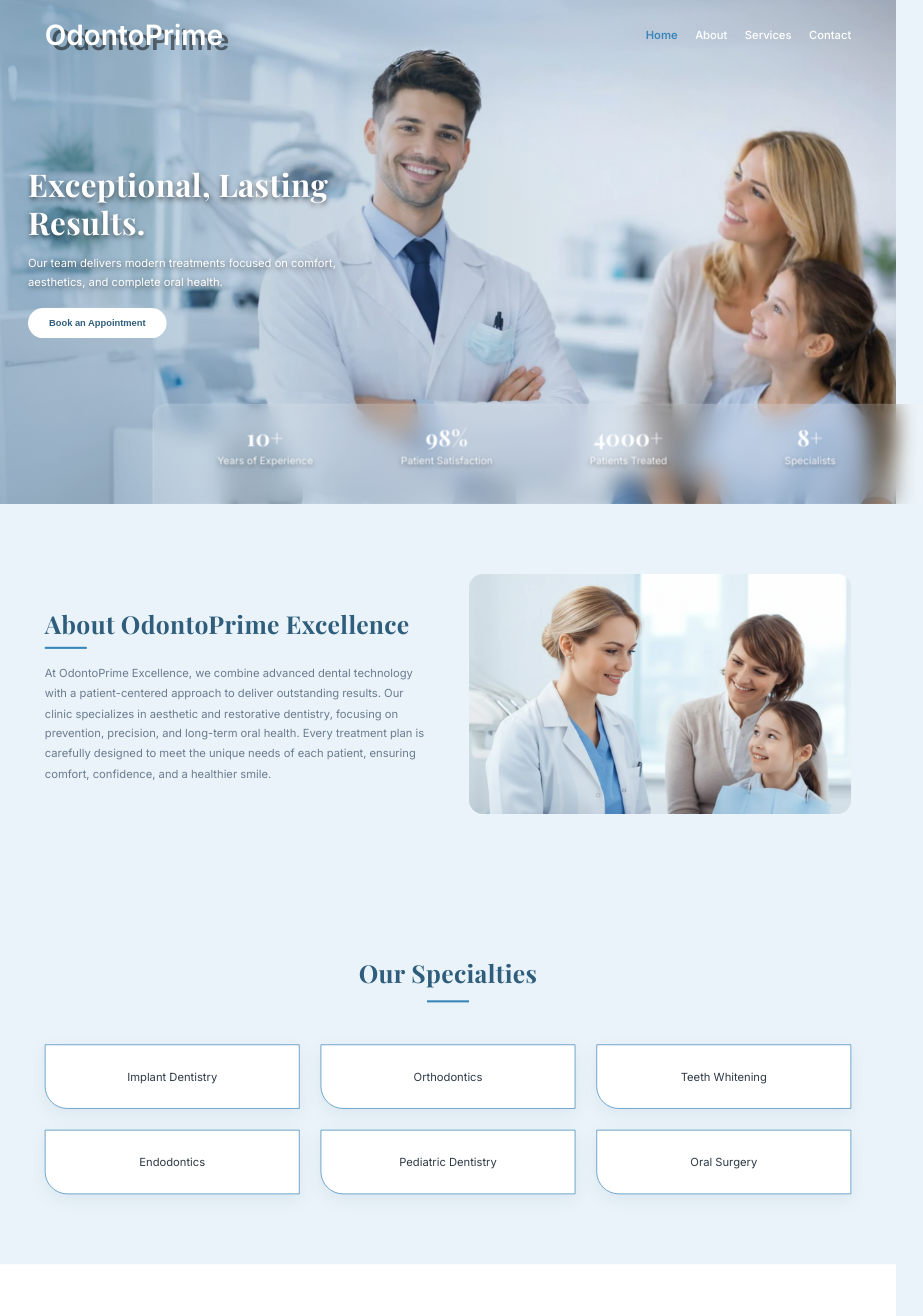
Repository: davidfsillva/OdontoPrime
Page: index.html
The author's editor kept a copy of each file at every save. The page is drawn from the files as they stood at one save, then again after the next save.
The browser window is 1280 px wide. The page is 1318 px wide, so the pictures cover 1318 px, including what lies to the right of the window. The pictures show the part of the page from y = 0 to 1880 px (the page is 2646 px tall), at 70% of full size.

Above is the page before, as saved 2026-02-17 09:30:53.

### index.html
<!DOCTYPE html>
<html lang="en">
<head>
<meta charset="UTF-8">
<meta name="viewport" content="width=device-width, initial-scale=1.0">
<title>OdontoPrime Excellence</title>

<link rel="stylesheet" href="style.css">
<link href="https://fonts.googleapis.com/css2?family=Inter:wght@300;400;500;600&family=Playfair+Display:wght@600;700&display=swap" rel="stylesheet">
</head>


<body>

<header>
    <div class="container nav-container">
        <div class="logo">OdontoPrime</div>

        <nav id="nav">
            <a href="index.html" class="active">Home</a>
            <a href="about.html">About</a>
            <a href="services.html">Services</a>
            <a href="contact.html">Contact</a>
        </nav>

        <div class="menu-toggle" onclick="toggleMenu()">☰</div>
    </div>
</header>

<!-- HERO -->
<section class="hero">
    <div class="container hero-content">
        <div class="hero-text">
            <h1>
                Exceptional, Lasting Results.
            </h1>

            <p>
                Our team delivers modern treatments focused on comfort,
                aesthetics, and complete oral health.
            </p>

            <button class="btn">Book an Appointment</button>
        </div>
    </div>

    <!-- GLASS CARD STATS -->
    <div class="hero-stats">
        <div class="stat-item">
            <h2>10+</h2>
            <p>Years of Experience</p>
        </div>

        <div class="stat-item">
            <h2>98%</h2>
            <p>Patient Satisfaction</p>
        </div>

        <div class="stat-item">
            <h2>4000+</h2>
            <p>Patients Treated</p>
        </div>

        <div class="stat-item">
            <h2>8+</h2>
            <p>Specialists</p>
        </div>
    </div>
</section>

<!-- ABOUT PREVIEW -->
<section class="about-preview">
    <div class="container about-grid">
        <div class="about-text">
            <h2>About OdontoPrime Excellence</h2>
            <p>
                At OdontoPrime Excellence, we combine advanced dental technology with a patient-centered approach to deliver outstanding results.
                Our clinic specializes in aesthetic and restorative dentistry, focusing on prevention, precision, and long-term oral health.
                Every treatment plan is carefully designed to meet the unique needs of each patient, ensuring comfort, confidence, and a healthier smile.
            </p>
        </div>

        <div class="about-image">
            <img src="img/md.cl.webp" alt="Professional dentist">
        </div>
    </div>
</section>

<!-- SPECIALTIES -->
<section class="departments">
    <div class="container">
        <h2>Our Specialties</h2>

        <div class="dept-grid">
            <div class="card">Implant Dentistry</div>
            <div class="card">Orthodontics</div>
            <div class="card">Teeth Whitening</div>
            <div class="card">Endodontics</div>
            <div class="card">Pediatric Dentistry</div>
            <div class="card">Oral Surgery</div>
        </div>
    </div>
</section>

<!-- WHY CHOOSE US -->
<section class="why-us">
    <div class="container">
        <h2>Why Choose OdontoPrime?</h2>

        <div class="dept-grid">

            <div class="card why-card">
                <img src="img/tecn.png" alt="Modern dental technology">
                <div class="card-content">
                    <h3>Modern Technology</h3>
                    <p>Advanced equipment for precise and comfortable treatments.</p>
                </div>
            </div>

            <div class="card why-card">
                <img src="img/expd.png" alt="Experienced dentist">
                <div class="card-content">
                    <h3>Experienced Dentists</h3>
                    <p>Highly trained professionals dedicated to your smile.</p>
                </div>
            </div>

            <div class="card why-card">
                <img src="img/conft.png" alt="Patient comfort">
                <div class="card-content">
                    <h3>Comfort-Focused Care</h3>
                    <p>A relaxing environment designed entirely around patient well-being.</p>
                </div>
            </div>


        </div>
    </div>


        <div>
            <a href="services.html" class="btn-view">View All Services</a>
        </div>
    </div>

</section>

<footer>
    <p>© 2026 OdontoPrime - All Rights Reserved</p>
</footer>

<!-- BOTÃO VOLTAR AO TOPO -->
<a href="#" class="back-to-top" id="backToTop">↑</a>

<script src="script.js"></script>


</body>
</html>

### style.css
:root{

    --primary-blue: #2F5D7C;
    --secondary-blue: #4F7FA3;
    --accent-blue: #3A86B9;

    --bg-light: #EAF3F9;
    --white: #FFFFFF;
    --off-white: #E6EEF5;

    --text-dark: #2E3A46;
    --text-medium: #6B7C8F;

    --hero-gradient-start: rgba(47, 93, 124, 0.95);
    --hero-gradient-end: rgba(79, 127, 163, 0.85);

    --shadow-soft: 0 5px 20px rgba(47, 93, 124, 0.08);
}

*{
    margin:0;
    padding:0;
    box-sizing:border-box;
}

body{
    font-family:'Inter', sans-serif;
    background:var(--bg-light);
    color:var(--text-dark);
}

h1, h2, h3 {
    font-family: 'Playfair Display', serif;
    letter-spacing: 0.5px;
}


.container{
    width:90%;
    max-width:1200px;
    margin:auto;
}

/* HEADER */

nav{
    display:flex;
    align-items:center;
}

header{
    position:absolute;
    width:100%;
    padding:25px 0;
    z-index:1000;
    background:transparent;
}

.nav-container{
    display:flex;
    justify-content:space-between;
    align-items:center;
}

.logo{
    font-weight:700;
    font-size:2.5rem;
    color:var(--white);
    text-shadow:  9px 8px rgba(0, 0, 0, 0.5);
}

nav a{
    margin-left:25px;
    text-decoration:none;
    color:var(--white);
    font-weight:500;
    transition:0.3s;
}

nav a:hover{
    color:var(--accent-blue);
}

.menu-toggle{
    display:none;
    font-size:24px;
    cursor:pointer;
    color:var(--white);
}

nav a.active{
    color: var(--accent-blue);
    font-weight: 600;
    position: relative;
}

/* HERO */

.hero{
    min-height:100vh;
    display:flex;
    align-items:center;
    background:
    linear-gradient(to right,
    rgba(79, 127, 163, 0.438),
    rgba(58, 134, 185, 0.048)),
    url('img/hero.webp') center/cover no-repeat;
    color:var(--white);
    padding:0 0;
    position:relative;
}

.hero-content{
    width:100%;
}

.hero-text{
    max-width:600px;
}

.hero h1{
    font-size:2.8rem;
    margin-bottom:20px;
    font-weight:700;
    line-height:1.2;
    text-shadow: 0 3px 8px rgba(0, 0, 0, 0.5);
}

.hero p{
    margin-bottom:25px;
    max-width:500px;
    font-size:16px;
    line-height:1.6;
    color:var(--white);
    text-shadow: 0 3px 8px rgba(0, 0, 0, 0.5);
}

.hero-about{
    background: var(--primary-blue);
    min-height: 60vh;
}


/* HERO STATS */

.hero-stats{
    position:absolute;
    bottom:0px;
    left:60%;
    transform:translateX(-50%);
    width:90%;
    max-width:1100px;
    display:grid;
    grid-template-columns:repeat(auto-fit, minmax(180px,1fr));
    gap:20px;
    padding:25px 40px;
    background:rgba(255,255,255,0.15);
    backdrop-filter:blur(15px);
    -webkit-backdrop-filter:blur(15px);
    border-radius:20px 0px 0px 0px;
    border:1px solid rgba(255,255,255,0.2);
}

.stat-item{
    text-align:center;
    color:var(--white);
}

.stat-item h2{
    font-size:2rem;
    font-weight:700;
}

.stat-item p{
    font-size:0.9rem;
    opacity:0.9;
}

/* BUTTONS */

.btn{
    padding:14px 30px;
    background:var(--white);
    border:none;
    color:var(--primary-blue);
    font-weight:600;
    border-radius:30px;
    cursor:pointer;
    transition:0.3s;
}

.btn:hover{
    background:var(--accent-blue);
    color:var(--white);
    transform:translateY(-3px);
}

.btn-view {
    padding:14px 30px;
    background:var(--accent-blue);
    border:none;
    color:var(--white);
    font-weight:600;
    border-radius:30px;
    cursor:pointer;
    transition:0.3s;
    text-decoration: none;
    text-align: center;
    display: block;
    width: fit-content;
    margin:40px auto 0;
}

.btn-view:hover {
    transform: translateY(-5px);
    box-shadow: 0 15px 30px rgba(0,0,0,0.2);
}

/* ABOUT */
.about-image{
    position:relative;
    overflow:hidden;
}


.about-preview{
    padding:100px 0;
}

.about-grid{
    display:grid;
    grid-template-columns:1fr 1fr;
    gap:60px;
    align-items:center;
}

.about-text h2{
    font-size:2.2rem;
    color:var(--primary-blue);
    margin-bottom:20px;
    position:relative;
}

.about-text h2::after{
    content:"";
    width:60px;
    height:3px;
    background:var(--accent-blue);
    display:block;
    margin-top:10px;
}

.about-text p{
    font-size:16px;
    line-height:1.8;
    color:var(--text-medium);
}

.about-grid img:not(.lead-dentist){
    width:100%;
    border-radius:20px;
}

.lead-dentist {
    border-radius: 30px; /* cantos arredondados */
    width: 60%;
    height: auto;
    margin: 0 auto;
    box-shadow: 0 8px 20px rgba(0,0,0,0.2); /* opcional: sombra suave */
    display: flex;
    justify-content: center; /* centraliza horizontalmente */
    align-items: center;     /* centraliza verticalmente se tiver altura */
}

/* DEPARTMENTS */

.departments{
    padding:100px 0;
}

.departments h2{
    text-align:center;
    font-size:2.2rem;
    color:var(--primary-blue);
    margin-bottom:60px;
    position:relative;
}

.departments h2::after{
    content:"";
    width:60px;
    height:3px;
    background:var(--accent-blue);
    display:block;
    margin:15px auto 0;
}

.dept-grid{
    display:grid;
    grid-template-columns: repeat(auto-fit, minmax(280px, 1fr));
    gap:30px;
}


.card {
    background:var(--white);
    padding:35px 25px;
    text-align:center;
    border-radius:18px;
    box-shadow:0 8px 25px rgba(47,93,124,0.08);
    transition:0.3s ease;


    border-radius: 0 0 0 32px;
    border:1px solid #3A86B9;

}

.why-card{
    border: none;
}


.card:hover{
    transform:translateY(-6px);
    box-shadow:0 15px 35px rgba(47,93,124,0.15);
}

.card img{
    width:60px;
    margin-bottom:15px;
}

.card h3{
    font-size:18px;
    margin-bottom:12px;
    color:var(--primary-blue);
}

.card p{
    font-size:14px;
    line-height:1.6;
    color:var(--text-medium);
}

/* WHY SECTION FULL IMAGE CARDS */

.why-card {
    position: relative;
    overflow: hidden;
    padding: 0;
    height: 350px;
    border-radius: 20px;
}

.why-card img {
    width: 100%;
    height: 100%;
    object-fit: cover;
    display: block;
}

.why-card .card-content {
    position: absolute;
    bottom: 0;
    width: 100%;
    padding: 25px;
    background: linear-gradient(
        to top,
        rgba(0,0,0,0.75),
        rgba(0,0,0,0.2)
    );
    color: var(--white);
}

.why-card h3 {
    margin-bottom: 8px;
    color: var(--white);
}

.why-card p {
    color: rgba(255,255,255,0.9);
    font-size: 14px;
}


/* WHY US */

.why-us{
    padding:100px 0;
    background:var(--white);
}

.why-us h2{
    text-align:center;
    font-size:2.2rem;
    margin-bottom:60px;
    color:var(--primary-blue);
    position:relative;
}

.why-us h2::after{
    content:"";
    width:60px;
    height:3px;
    background:var(--accent-blue);
    display:block;
    margin:15px auto 0;
}

.contact-grid{
    display:grid;
    grid-template-columns:1fr 1fr;
    gap:60px;
    align-items:start;
}

/* BOTÃO VOLTAR AO TOPO */
.back-to-top {
    position: fixed;       /* fixa na tela */
    bottom: 30px;          /* distância do rodapé */
    right: 30px;           /* distância da borda direita */
    background: var(--accent-blue);
    color: var(--white);
    padding: 12px 18px;
    border-radius: 50px;   /* deixa arredondado */
    text-decoration: none;
    font-weight: 600;
    font-size: 12px;
    box-shadow: 0 8px 20px rgba(0,0,0,0.2);
    transition: 0.3s;
    opacity: 0;            /* inicialmente invisível */
    pointer-events: none;  /* não clicável até aparecer */
    z-index: 1000;
}

.back-to-top:hover {
    background: var(--off-white);
    transform: translateY(-3px);
    color: black;
}

/* quando visível */
.back-to-top.show {
    opacity: 1;
    pointer-events: auto;
}

/* CARDS ESPECÍFICOS DA PÁGINA ABOUT */
.departments.about-cards .card {
    border-radius: 20px;
    padding: 20px;
    box-shadow: 0 10px 25px rgba(47,93,124,0.1);
    transition: transform 0.3s ease, box-shadow 0.3s ease;
    text-align: center;
}

/* Hover */
.departments.about-cards .card:hover {
    transform: translateY(-5px);
    box-shadow: 0 15px 35px rgba(47,93,124,0.2);
}

/* Card titles and text */
.departments.about-cards .card h3 {
    font-size: 1.2rem;
    color: var(--primary-blue);
    margin: 15px 0 10px;
}

.departments.about-cards .card p {
    font-size: 0.95rem;
    line-height: 1.6;
    color: var(--text-medium);
}

/* Imagem maior e proporcional */
.departments.about-cards .card img {
    width: 70%;          /* ocupa toda a largura do card */
    height: 400px;        /* altura maior */
    object-fit: cover;    /* mantém proporção e recorta excesso */
    border-radius: 50px;  /* cantos arredondados */
    margin-bottom: 15px;  /* separação do texto */
}

/* SCROLL REVEAL */

.about-preview,
.departments,
.why-us,
.card {
    opacity: 0;
    transform: translateY(40px);
    transition: all 0.8s ease;
}

.reveal {
    opacity: 1 !important;
    transform: translateY(0) !important;
}


/* FOOTER */

footer{
    background:var(--primary-blue);
    color:var(--white);
    text-align:center;
    padding:30px;
    font-size:14px;
}

/* RESPONSIVE */

/* =========================
   RESPONSIVE
========================= */
@media (max-width: 768px) {

    /* NAVIGATION */
    nav {
        position: absolute;
        top: 80px;
        right: 0;
        background: var(--white);
        flex-direction: column;
        width: 200px;
        display: none;
        box-shadow: var(--shadow-soft);
    }

    nav a {
        padding: 15px;
        margin: 0;
        border-bottom: 1px solid var(--off-white);
        color: var(--text-dark);
    }

    nav.active {
        display: flex;
    }

    .menu-toggle {
        display: block;
    }

        /* HERO INTERNO (about, services, contact) */
    .hero-about,
    .hero-services,
    .hero-contact {
        min-height: 45vh;
        display: flex;
        align-items: center;
        justify-content: center;
        text-align: center;
        padding: 100px 20px 40px;
    }

    .hero-about h1,
    .hero-services h1,
    .hero-contact h1 {
        font-size: 1.6rem;
    }

    .hero-about p,
    .hero-services p,
    .hero-contact p {
        font-size: 0.95rem;
        max-width: 100%;
        margin: 0 auto;
    }

    /* ABOUT GRID */
    .about-grid {
        grid-template-columns: 1fr;
        gap: 30px;
        text-align: center;
    }

    .about-text h2 {
        font-size: 1.6rem;
    }

    /* DEPARTMENTS / SERVICES GRID */
    .dept-grid {
        grid-template-columns: 1fr;
        gap: 20px;
    }

    .card {
        padding: 25px 20px;
    }

    /* WHY SECTION */
    .why-us {
        padding: 70px 0;
    }

    .why-card {
        height: 280px;
    }

    /* CONTACT PAGE (caso tenha form grid) */
    .contact-grid {
        grid-template-columns: 1fr;
        gap: 30px;
    }

    .contact-form input,
    .contact-form textarea {
        width: 100%;
    }

    .hero {
        flex-direction: column;
        justify-content: center;
        align-items: center;
        text-align: center;
        padding: 20px 20px 0;
        background:
            linear-gradient(to top,
            rgba(47, 93, 124, 0.048),
            rgba(47, 93, 124, 0.2)),
            url('img/hero-mobile.webp') center/cover no-repeat;
    }



    .hero h1 {
        font-size: 1.8rem;
    }

    .hero p {
        max-width: 100%;
    }

    .hero-stats {
        left: 50%;
        transform: translateX(-50%);
        width: 95%;
        max-width: 100%;
        border-radius: 20px 20px 0 0;
        padding: 8px 10px 8px;
        gap: 1px;
        grid-template-columns: repeat(2, 1fr);
    }

    .stat-item h2 {
        font-size: 1.7rem;
    }

    .stat-item p {
        font-size: 0.75rem;
    }



}

### script.js
// =========================
// MOBILE MENU
// =========================
function toggleMenu() {
    document.getElementById("nav").classList.toggle("active");
}

// =========================
// BACK TO TOP
// =========================
const backToTopButton = document.getElementById('backToTop');

window.addEventListener('scroll', () => {
    if (window.scrollY > 300) {
        backToTopButton.classList.add('show');
    } else {
        backToTopButton.classList.remove('show');
    }
});

backToTopButton.addEventListener('click', (e) => {
    e.preventDefault();
    window.scrollTo({ top: 0, behavior: 'smooth' });
});

// =========================
// SCROLL REVEAL EFFECT
// =========================

const revealElements = document.querySelectorAll(
    '.about-preview, .departments, .why-us, .card, .hero-text'
);

const revealOnScroll = () => {
    const windowHeight = window.innerHeight;

    revealElements.forEach((el) => {
        const elementTop = el.getBoundingClientRect().top;

        if (elementTop < windowHeight - 80) {
            el.classList.add('reveal');
        }
    });
};

window.addEventListener('scroll', revealOnScroll);
window.addEventListener('load', revealOnScroll);

// =========================
// HERO FADE ON LOAD
// =========================
window.addEventListener('load', () => {
    const hero = document.querySelector('.hero-text');
    if (hero) {
        hero.style.opacity = 0;
        hero.style.transform = 'translateY(20px)';
        setTimeout(() => {
            hero.style.transition = 'all 0.8s ease';
            hero.style.opacity = 1;
            hero.style.transform = 'translateY(0)';
        }, 200);
    }
});

After the next save:
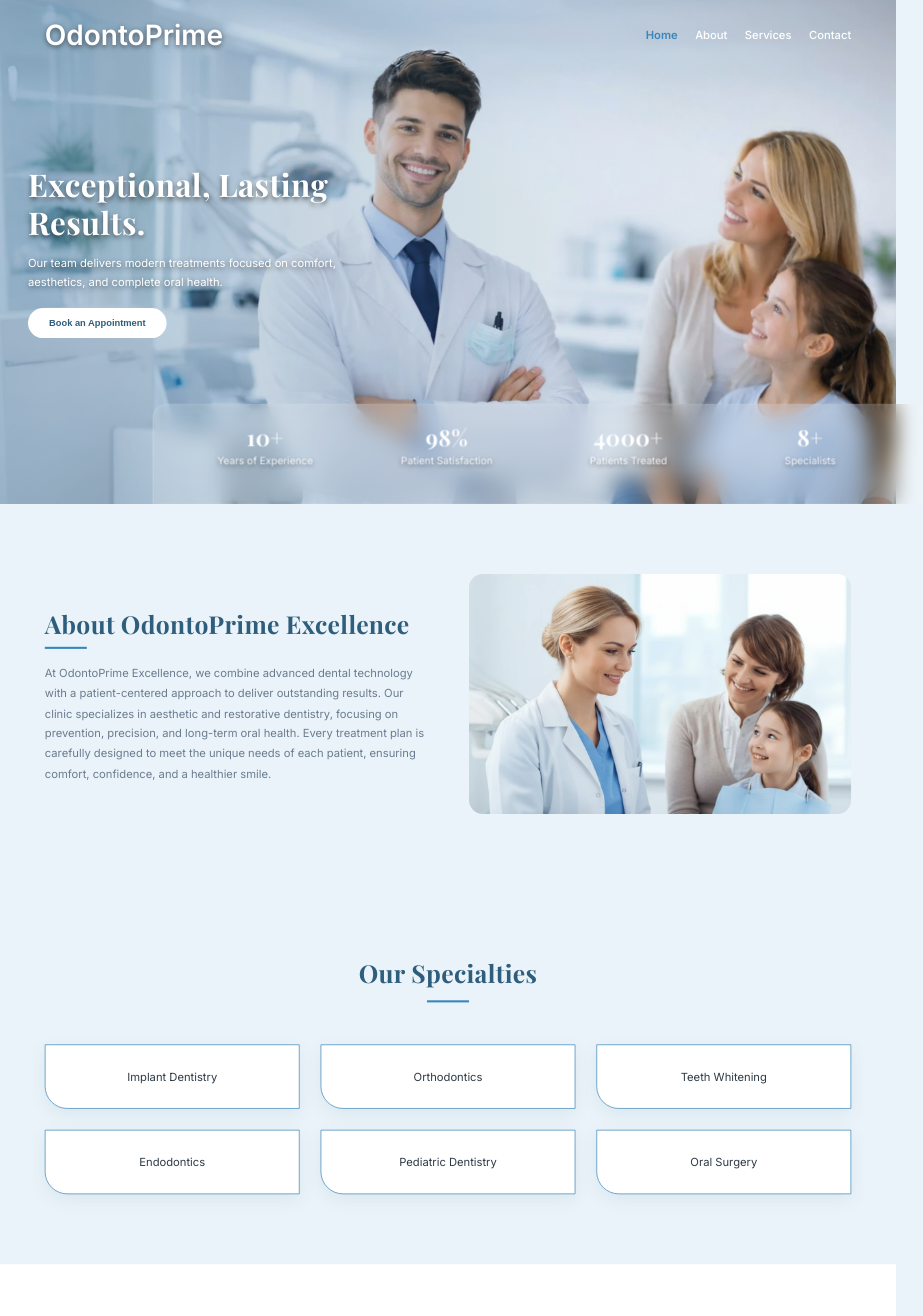
Saved 4 s later.
--- a/style.css
+++ b/style.css
@@ -66,7 +66,7 @@ header{
     font-weight:700;
     font-size:2.5rem;
     color:var(--white);
-    text-shadow:  9px 8px rgba(0, 0, 0, 0.5);
+    text-shadow: 0 3px 8px rgba(0, 0, 0, 0.5);
 }
 
 nav a{
